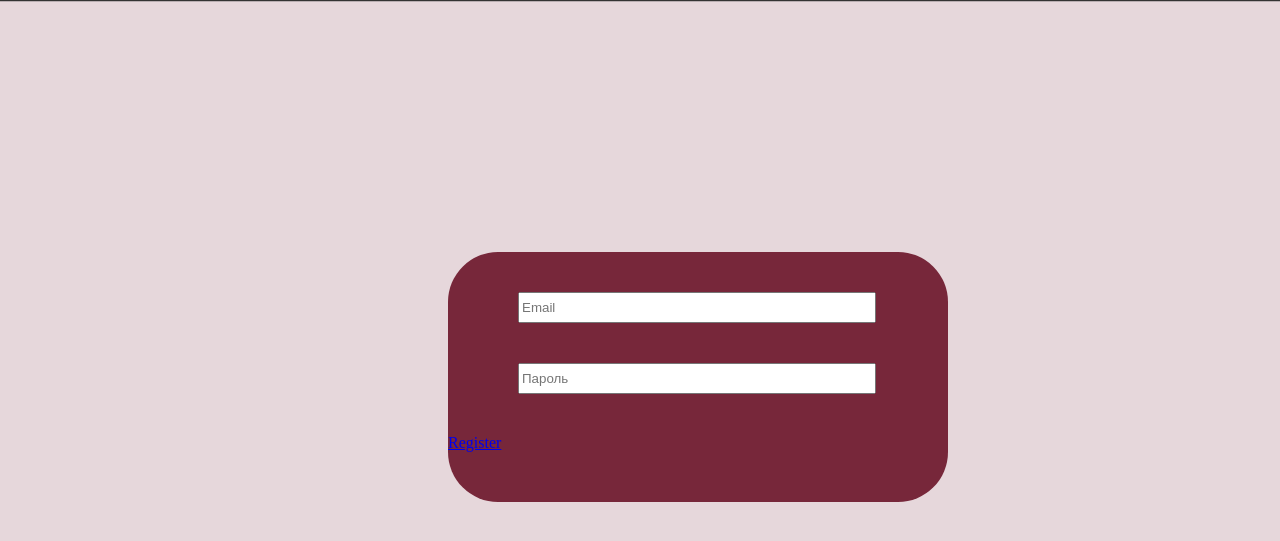
Repository: Kotya2001/FuzzyOps-App
Page: /login (app in frontend/my-app/)
The author's editor kept a copy of each file at every save. The page is drawn from the files as they stood at one save, then again after a run of saves.
The browser window is 1280 px wide. The pictures show the whole page.
The project was rebuilt for these pictures with package versions that can differ from the ones it lists, and the page was loaded fresh each time. Also part of the build but not shown: frontend/my-app/src/pages/Item.js, frontend/my-app/src/pages/Base.js, frontend/my-app/src/pages/Resources.js, frontend/my-app/src/pages/Register.js.

Above is the page before, as saved 2022-09-18 17:48:37.

After the next 3 saves:
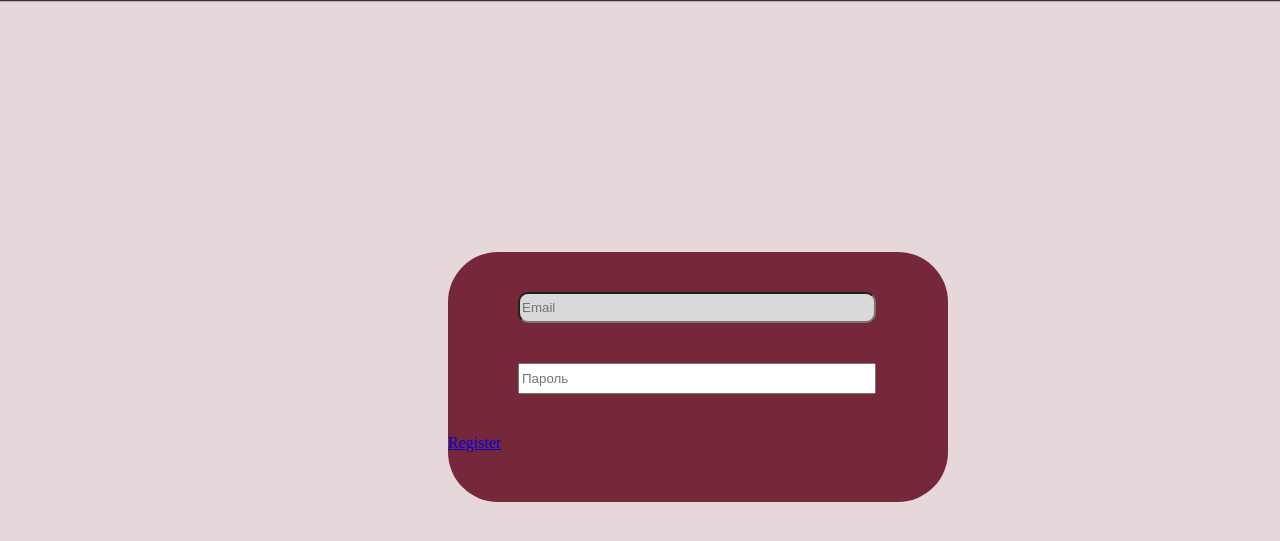
The 3 saves are shown as one change because they came seconds apart.
The last was saved 23 s later.
--- a/frontend/my-app/src/pages/Login.js
+++ b/frontend/my-app/src/pages/Login.js
@@ -7,7 +7,7 @@ export default class Login extends Component {
     render() {
         return (
             <div className="inputForm">
-                <input type="text" placeholder="Email"/>
+                <input type="text" placeholder="Email" className="type-1"/>
                 <input type="text" placeholder="Пароль"/>
                 <p>
                     <Link to='/register'>Register</Link>
